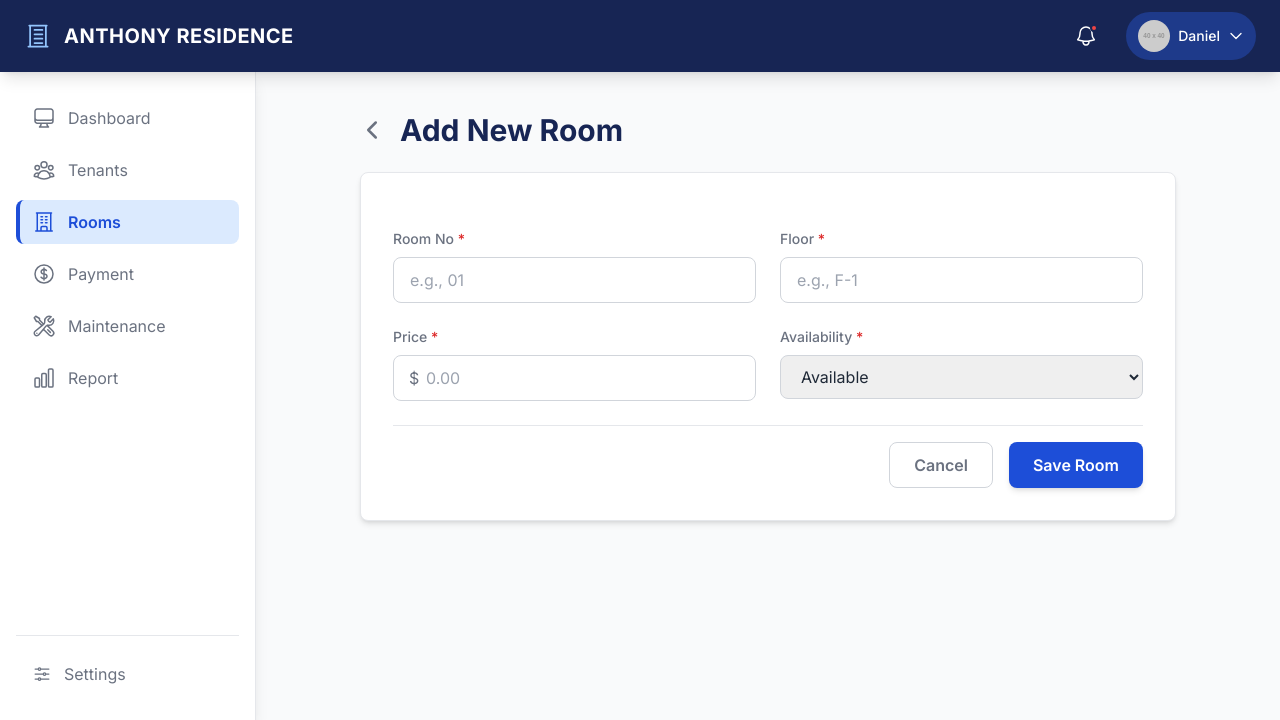
Repository: phyronsoftware-project/Room_Rental_Management_System
Page: http://localhost/rooms/create
The author's editor kept a copy of each file at every save. The page is drawn from the files as they stood at one save, then again after a run of saves.
The browser window is 1280 px wide. The pictures show the whole page.
Some web libraries are served in a nearby version. The page is served by the project's Laravel application, run on PHP 8.4 with Laravel 12. Other server files are loaded and not shown.

Above is the page before, as saved 2026-01-16 21:48:06.

### routes/web.php
<?php

use App\Http\Controllers\admin\Dashboard;
use App\Http\Controllers\admin\Maintenance;
use App\Http\Controllers\admin\Payments;
use App\Http\Controllers\admin\Report;
use App\Http\Controllers\admin\Rooms;
use App\Http\Controllers\admin\Settings;
use App\Http\Controllers\admin\Tanants;
use Illuminate\Support\Facades\Route;

Route::get('/', [Dashboard::class, 'index'])->name('dashboard.index');
Route::get('/tanants', [Tanants::class, 'index'])->name('tanants.index');



Route::get('/rooms', [Rooms::class, 'index'])->name('rooms.index');
Route::get('/rooms/create', [Rooms::class, 'createblade'])->name('rooms.createblade');



Route::get('/payments', [Payments::class, 'index'])->name('payments.index');


Route::get('/maintenance', [Maintenance::class, 'index'])->name('maintenance.index');
Route::get('/maintenance/create', [Maintenance::class, 'createblade'])->name('maintenance.createblade');




Route::get('/reports', [Report::class, 'index'])->name('reports.index');

Route::get('/settings', [Settings::class, 'index'])->name('settings.index');

### app/Http/Controllers/admin/Rooms.php
<?php

namespace App\Http\Controllers\admin;

use App\Http\Controllers\Controller;
use Illuminate\Http\Request;

class Rooms extends Controller
{
    public function index()
    {
        return view('rooms.all_rooms');
    }
    public function createblade()
    {
        return view('rooms.rooms_create');
    }
}

### resources/views/rooms/rooms_create.blade.php
{{-- resources/views/dashboard.blade.php --}}
@extends('layouts.app')

@section('title', 'Rooms Create')

@php
    // ✅ set active page for sidebar highlight
    $active_page = 'dashboard';
    $admin_name = $admin_name ?? 'Daniel';
@endphp

@section('content')
    <main class="flex-1 overflow-y-auto bg-base">
        <div class="p-10 max-w-4xl mx-auto">
            <div class="flex items-center gap-4 mb-6">
                <a href="rooms.php" class="text-text-mid hover:text-primary transition-colors">
                    <svg xmlns="http://www.w3.org/2000/svg" fill="none" viewBox="0 0 24 24" stroke-width="2.5"
                        stroke="currentColor" class="size-6">
                        <path stroke-linecap="round" stroke-linejoin="round" d="M15.75 19.5 8.25 12l7.5-7.5" />
                    </svg>
                </a>
                <h1 class="text-3xl font-bold text-primary-dark">Add New Room</h1>
            </div>

            <?php if (!empty($form_msg)): ?>
            <div class="mb-6 px-4 py-3 rounded-lg text-sm <?php echo $form_msg_type == 'success' ? 'bg-success-light border border-success-dark text-emerald-700' : 'bg-danger-light border border-danger-dark text-danger-dark'; ?>">
                <?php echo htmlspecialchars($form_msg); ?>
            </div>
            <?php endif; ?>

            <div class="bg-light rounded-lg shadow-md border border-gray-200 p-8">
                <form action="room-add.php" method="POST" class="space-y-6">
                    <input type="hidden" name="action" value="add_room">

                    <div class="grid grid-cols-1 md:grid-cols-2 gap-6">
                        <!-- Room Number -->
                        <div>
                            <label for="room_number" class="block text-sm font-medium text-text-mid mb-2">Room No <span
                                    class="text-danger-dark">*</span></label>
                            <input type="text" id="room_number" name="room_number"
                                class="w-full border border-gray-300 rounded-lg px-4 py-2.5 focus:outline-none focus:ring-2 focus:ring-primary/50"
                                placeholder="e.g., 01" required />
                        </div>

                        <!-- Floor -->
                        <div>
                            <label for="floor" class="block text-sm font-medium text-text-mid mb-2">Floor <span
                                    class="text-danger-dark">*</span></label>
                            <input type="text" id="floor" name="floor"
                                class="w-full border border-gray-300 rounded-lg px-4 py-2.5 focus:outline-none focus:ring-2 focus:ring-primary/50"
                                placeholder="e.g., F-1" required />
                        </div>

                        <!-- Price -->
                        <div>
                            <label for="price" class="block text-sm font-medium text-text-mid mb-2">Price <span
                                    class="text-danger-dark">*</span></label>
                            <div class="relative">
                                <span class="absolute inset-y-0 left-0 pl-4 flex items-center text-gray-500">$</span>
                                <input type="number" id="price" name="price" step="0.01"
                                    class="w-full border border-gray-300 rounded-lg pl-8 pr-4 py-2.5 focus:outline-none focus:ring-2 focus:ring-primary/50"
                                    placeholder="0.00" required />
                            </div>
                        </div>

                        <!-- Status -->
                        <div>
                            <label for="status" class="block text-sm font-medium text-text-mid mb-2">Availability <span
                                    class="text-danger-dark">*</span></label>
                            <select id="status" name="status"
                                class="w-full border border-gray-300 rounded-lg px-4 py-2.5 focus:outline-none focus:ring-2 focus:ring-primary/50">
                                <option value="Available">Available</option>
                                <option value="Occupied">Occupied</option>
                                <option value="Maintenance">Under Maintenance</option>
                            </select>
                        </div>
                    </div>

                    <div class="flex justify-end gap-4 pt-4 border-t border-gray-200">
                        <a href="rooms.php"
                            class="px-6 py-2.5 border border-gray-300 text-text-mid font-semibold rounded-lg hover:bg-gray-50 transition-colors">Cancel</a>
                        <button type="submit"
                            class="px-6 py-2.5 bg-primary text-white font-semibold rounded-lg shadow-md hover:bg-primary-dark transition-colors">Save
                            Room</button>
                    </div>
                </form>
            </div>
        </div>
    </main>
@endsection

### resources/views/layouts/app.blade.php
{{-- resources/views/layouts/app.blade.php --}}
<!DOCTYPE html>
<html lang="en">

<head>
    <meta charset="UTF-8" />
    <meta name="viewport" content="width=device-width, initial-scale=1.0" />
    <title>@yield('title', 'Dashboard')</title>

    {{-- Tailwind CDN --}}
    <script src="https://cdn.tailwindcss.com"></script>

    {{-- <link rel="stylesheet" href="{{ asset('admin.css') }}"> --}}
    {{-- Google Fonts --}}
    <link rel="preconnect" href="https://fonts.googleapis.com">
    <link rel="preconnect" href="https://fonts.gstatic.com" crossorigin>
    <link href="https://fonts.googleapis.com/css2?family=Inter:wght@400;500;600;700&display=swap" rel="stylesheet">

    <link href="https://fonts.googleapis.com/css2?family=Bebas+Neue&display=swap" rel="stylesheet" />

    {{-- Tailwind Config --}}
    <script>
        tailwind.config = {
            theme: {
                extend: {

                    fontFamily: {
                        sans: ["Inter", "sans-serif"],
                        bebas: ["Bebas Neue", "cursive"],
                    },
                    colors: {
                        "primary-dark": "#172554",
                        primary: "#1d4ed8",
                        "primary-light": "#dbeafe",
                        light: "#ffffff",
                        base: "#f9fafb",
                        "text-dark": "#1f2937",
                        "text-mid": "#6b7280",
                        "warning-dark": "#f59e0b",
                        "warning-light": "#fef3c7",
                        "success-dark": "#10b981",
                        "success-light": "#ecfdf5",
                        "danger-dark": "#dc2626",
                        "danger-light": "#fee2e2",
                        accent: "#a16207",
                        facebook: "#1877F2",
                        linkedin: "#0A66C2",
                        telegram: "#24A1DE",
                        gmail: "#EA4335",
                        youtube: "#FF0000",
                    },
                    textShadow: {
                        custom: "1px 1px 3px rgba(0, 0, 0, 0.1)"
                    },
                },
            },
            plugins: [
                function({
                    addUtilities,
                    theme,
                    e
                }) {
                    const newUtilities = {};
                    Object.entries(theme("textShadow")).forEach(([key, value]) => {
                        newUtilities[`.${e(`text-shadow-${key}`)}`] = {
                            textShadow: value
                        };
                    });
                    addUtilities(newUtilities);
                },
            ],
        };
    </script>

    <style>
        body {
            font-family: "Inter", sans-serif;
        }

        ::-webkit-scrollbar {
            width: 6px;
        }

        ::-webkit-scrollbar-track {
            background: #f1f1f1;
        }

        ::-webkit-scrollbar-thumb {
            background: #cbd5e1;
            border-radius: 6px;
        }

        ::-webkit-scrollbar-thumb:hover {
            background: #a0aec0;
        }

        .nav-link.active {
            background-color: #dbeafe;
            color: #1d4ed8;
            font-weight: 600;
            border-left: 4px solid #1d4ed8;
            padding-left: calc(1rem - 4px);
        }
    </style>

    @stack('head')
</head>

<body class="bg-base text-text-dark">
    <div class="flex flex-col h-screen">

        {{-- ✅ Header --}}
        @include('partials.header', [
            'admin_name' => $admin_name ?? 'Daniel',
        ])

        <div class="flex flex-1 overflow-hidden">

            {{-- ✅ Sidebar --}}
            @include('partials.sidebar', [
                'active_page' => $active_page ?? '',
            ])

            {{-- ✅ Main Content --}}
            <main class="flex-1 overflow-y-auto bg-base">
                @yield('content')
            </main>

        </div>
    </div>

    {{-- Dropdown Script --}}
    <script>
        document.addEventListener("DOMContentLoaded", function() {
            const userMenuButton = document.getElementById("user-menu-button");
            const userMenu = document.getElementById("user-menu");

            if (userMenuButton && userMenu) {
                userMenuButton.addEventListener("click", function(event) {
                    event.stopPropagation();
                    userMenu.classList.toggle("hidden");
                });

                window.addEventListener("click", function(event) {
                    if (!userMenu.classList.contains("hidden") &&
                        !userMenu.contains(event.target) &&
                        !userMenuButton.contains(event.target)
                    ) {
                        userMenu.classList.add("hidden");
                    }
                });
            }
        });
    </script>

    @stack('scripts')
</body>

</html>

### resources/views/partials/header.blade.php
{{-- resources/views/partials/header.blade.php --}}
<nav class="bg-primary-dark text-white flex justify-between items-center px-6 py-3 shadow-lg z-20">
    <div class="flex items-center gap-3">
        <svg class="w-7 h-7 text-blue-300" xmlns="http://www.w3.org/2000/svg" fill="none" viewBox="0 0 24 24" stroke-width="1.5" stroke="currentColor">
            <path stroke-linecap="round" stroke-linejoin="round" d="M3.75 21h16.5M4.5 3h15M5.25 3v18m13.5-18v18M9 6.75h6.75M9 10.5h6.75M9 14.25h6.75M9 18h6.75" />
        </svg>
        <span class="text-xl font-bold tracking-wide">ANTHONY RESIDENCE</span>
    </div>

    <div class="flex items-center gap-5">
        <button class="relative p-2 rounded-full hover:bg-blue-900 focus:outline-none focus:ring-2 focus:ring-offset-2 focus:ring-offset-primary-dark focus:ring-white">
            <span class="sr-only">View notifications</span>
            <svg class="w-6 h-6" xmlns="http://www.w3.org/2000/svg" fill="none" viewBox="0 0 24 24" stroke-width="1.5" stroke="currentColor">
                <path stroke-linecap="round" stroke-linejoin="round" d="M14.857 17.082a23.848 23.848 0 005.454-1.31A8.967 8.967 0 0118 9.75v-.7V9A6 6 0 006 9v.75a8.967 8.967 0 01-2.312 6.022c1.733.64 3.56 1.085 5.455 1.31m5.714 0a24.255 24.255 0 01-5.714 0m5.714 0a3 3 0 11-5.714 0" />
            </svg>
            <span class="absolute top-2 right-2 w-2 h-2 bg-red-500 rounded-full border-2 border-primary-dark"></span>
        </button>

        <div class="relative">
            <button id="user-menu-button" class="flex items-center gap-2 bg-blue-900 px-3 py-2 rounded-full text-sm font-medium hover:bg-blue-800 focus:outline-none focus:ring-2 focus:ring-offset-2 focus:ring-offset-primary-dark focus:ring-white">
                <img class="w-8 h-8 rounded-full" src="https://placehold.co/40x40/60A5FA/FFF?text=D" alt="User avatar" />
                <span>{{ $admin_name ?? 'Daniel' }}</span>
                <svg class="w-4 h-4" xmlns="http://www.w3.org/2000/svg" fill="none" viewBox="0 0 24 24" stroke-width="2" stroke="currentColor">
                    <path stroke-linecap="round" stroke-linejoin="round" d="M19.5 8.25l-7.5 7.5-7.5-7.5" />
                </svg>
            </button>

            <div id="user-menu" class="absolute right-0 mt-2 w-48 bg-light rounded-md shadow-lg py-1 border border-gray-200 z-30 hidden transition-all duration-300 ease-in-out" role="menu" aria-orientation="vertical" aria-labelledby="user-menu-button">
                <a href="{{ url('/profile') }}" class="block px-4 py-2 text-sm text-text-dark hover:bg-base" role="menuitem">Your Profile</a>
                <a href="{{ url('/settings') }}" class="block px-4 py-2 text-sm text-text-dark hover:bg-base" role="menuitem">Settings</a>
                <hr class="border-gray-200 my-1" />
                <a href="{{ url('/logout') }}" class="block px-4 py-2 text-sm text-danger-dark hover:bg-danger-light" role="menuitem">Sign out</a>
            </div>
        </div>
    </div>
</nav>

### resources/views/partials/sidebar.blade.php
{{-- resources/views/partials/sidebar.blade.php --}}
<aside class="w-64 bg-light shadow-lg border-r border-gray-200 flex flex-col z-10 overflow-y-auto">
    <nav class="mt-6 px-4 flex-1">
        <ul class="space-y-2">
            <li>
                <a href="{{ route('dashboard.index') }}"
                    class="nav-link {{ request()->routeIs('dashboard.*') ? 'active' : '' }} flex items-center gap-3 px-4 py-2.5 rounded-lg text-text-mid hover:bg-primary-light hover:text-primary transition-all">
                    <svg xmlns="http://www.w3.org/2000/svg" fill="none" viewBox="0 0 24 24" stroke-width="1.5"
                        stroke="currentColor" class="size-6">
                        <path stroke-linecap="round" stroke-linejoin="round"
                            d="M9 17.25v1.007a3 3 0 0 1-.879 2.122L7.5 21h9l-.621-.621A3 3 0 0 1 15 18.257V17.25m6-12V15a2.25 2.25 0 0 1-2.25 2.25H5.25A2.25 2.25 0 0 1 3 15V5.25m18 0A2.25 2.25 0 0 0 18.75 3H5.25A2.25 2.25 0 0 0 3 5.25m18 0V12a2.25 2.25 0 0 1-2.25 2.25H5.25A2.25 2.25 0 0 1 3 12V5.25" />
                    </svg>
                    <span>Dashboard</span>
                </a>
            </li>

            <li>
                <a href="{{ route('tanants.index') }}"
                    class="nav-link {{ request()->routeIs('tanants.*') ? 'active' : '' }} flex items-center gap-3 px-4 py-2.5 rounded-lg text-text-mid hover:bg-primary-light hover:text-primary transition-all">
                    <svg xmlns="http://www.w3.org/2000/svg" fill="none" viewBox="0 0 24 24" stroke-width="1.5"
                        stroke="currentColor" class="size-6">
                        <path stroke-linecap="round" stroke-linejoin="round"
                            d="M18 18.72a9.094 9.094 0 0 0 3.741-.479 3 3 0 0 0-4.682-2.72m.94 3.198.001.031c0 .225-.012.447-.037.666A11.944 11.944 0 0 1 12 21c-2.17 0-4.207-.576-5.963-1.584A6.062 6.062 0 0 1 6 18.719m12 0a5.971 5.971 0 0 0-.941-3.197m0 0A5.995 5.995 0 0 0 12 12.75a5.995 5.995 0 0 0-5.058 2.772m0 0a3 3 0 0 0-4.681 2.72 8.986 8.986 0 0 0 3.74.477m.94-3.197a5.971 5.971 0 0 0-.94 3.197M15 6.75a3 3 0 1 1-6 0 3 3 0 0 1 6 0Zm6 3a2.25 2.25 0 1 1-4.5 0 2.25 2.25 0 0 1 4.5 0Zm-13.5 0a2.25 2.25 0 1 1-4.5 0 2.25 2.25 0 0 1 4.5 0Z" />
                    </svg>
                    <span>Tenants</span>
                </a>
            </li>

            <li>
                <a href="{{ route('rooms.index') }}"
                    class="nav-link {{ request()->routeIs('rooms.*') ? 'active' : '' }} flex items-center gap-3 px-4 py-2.5 rounded-lg text-text-mid hover:bg-primary-light hover:text-primary transition-all">
                    <svg xmlns="http://www.w3.org/2000/svg" fill="none" viewBox="0 0 24 24" stroke-width="1.5"
                        stroke="currentColor" class="size-6">
                        <path stroke-linecap="round" stroke-linejoin="round"
                            d="M3.75 21h16.5M4.5 3h15M5.25 3v18m13.5-18v18M9 6.75h1.5m-1.5 3h1.5m-1.5 3h1.5m3-6H15m-1.5 3H15m-1.5 3H15M9 21v-3.375c0-.621.504-1.125 1.125-1.125h3.75c.621 0 1.125.504 1.125 1.125V21" />
                    </svg>
                    <span>Rooms</span>
                </a>
            </li>

            <li>
                <a href="{{ route('payments.index') }}"
                    class="nav-link {{ request()->routeIs('payments.*') ? 'active' : '' }} flex items-center gap-3 px-4 py-2.5 rounded-lg text-text-mid hover:bg-primary-light hover:text-primary transition-all">
                    <svg xmlns="http://www.w3.org/2000/svg" fill="none" viewBox="0 0 24 24" stroke-width="1.5"
                        stroke="currentColor" class="size-6">
                        <path stroke-linecap="round" stroke-linejoin="round"
                            d="M12 6v12m-3-2.818.879.659c1.171.879 3.07.879 4.242 0 1.172-.879 1.172-2.303 0-3.182C13.536 12.219 12.768 12 12 12c-.725 0-1.45-.22-2.003-.659-1.106-.879-1.106-2.303 0-3.182s2.9-.879 4.006 0l.415.33M21 12a9 9 0 1 1-18 0 9 9 0 0 1 18 0Z" />
                    </svg>
                    <span>Payment</span>
                </a>
            </li>

            <li>
                <a href="{{ route('maintenance.index') }}"
                    class="nav-link {{ request()->routeIs('maintenance.*') ? 'active' : '' }} flex items-center gap-3 px-4 py-2.5 rounded-lg text-text-mid hover:bg-primary-light hover:text-primary transition-all">
                    <svg xmlns="http://www.w3.org/2000/svg" fill="none" viewBox="0 0 24 24" stroke-width="1.5"
                        stroke="currentColor" class="size-6">
                        <path stroke-linecap="round" stroke-linejoin="round"
                            d="M11.42 15.17 17.25 21A2.652 2.652 0 0 0 21 17.25l-5.877-5.877M11.42 15.17l2.496-3.03c.317-.384.74-.626 1.208-.766M11.42 15.17l-4.655 5.653a2.548 2.548 0 1 1-3.586-3.586l6.837-5.63m5.108-.233c.55-.164 1.163-.188 1.743-.14a4.5 4.5 0 0 0 4.486-6.336l-3.276 3.277a3.004 3.004 0 0 1-2.25-2.25l3.276-3.276a4.5 4.5 0 0 0-6.336 4.486c.091 1.076-.071 2.264-.904 2.95l-.102.085m-1.745 1.437L5.909 7.5H4.5L2.25 3.75l1.5-1.5L7.5 4.5v1.409l4.26 4.26m-1.745 1.437 1.745-1.437m6.615 8.206L15.75 15.75M4.867 19.125h.008v.008h-.008v-.008Z" />
                    </svg>
                    <span>Maintenance</span>
                </a>
            </li>

            <li>
                <a href="{{ route('reports.index') }}"
                    class="nav-link {{ request()->routeIs('reports.*') ? 'active' : '' }} flex items-center gap-3 px-4 py-2.5 rounded-lg text-text-mid hover:bg-primary-light hover:text-primary transition-all">
                    <svg xmlns="http://www.w3.org/2000/svg" fill="none" viewBox="0 0 24 24" stroke-width="1.5"
                        stroke="currentColor" class="size-6">
                        <path stroke-linecap="round" stroke-linejoin="round"
                            d="M3 13.125C3 12.504 3.504 12 4.125 12h2.25c.621 0 1.125.504 1.125 1.125v6.75C7.5 20.496 6.996 21 6.375 21h-2.25A1.125 1.125 0 0 1 3 19.875v-6.75ZM9.75 8.625c0-.621.504-1.125 1.125-1.125h2.25c.621 0 1.125.504 1.125 1.125v11.25c0 .621-.504 1.125-1.125 1.125h-2.25a1.125 1.125 0 0 1-1.125-1.125V8.625ZM16.5 4.125c0-.621.504-1.125 1.125-1.125h2.25C20.496 3 21 3.504 21 4.125v15.75c0 .621-.504 1.125-1.125 1.125h-2.25a1.125 1.125 0 0 1-1.125-1.125V4.125Z" />
                    </svg>
                    <span>Report</span>
                </a>
            </li>
        </ul>
    </nav>

    <div class="px-4 pb-6">
        <hr class="border-gray-200 mb-4" />
        <a href="{{ route('settings.index') }}"
            class="nav-link {{ request()->routeIs('settings.*') ? 'active' : '' }} flex items-center gap-3 px-4 py-2.5 rounded-lg text-text-mid hover:bg-primary-light hover:text-primary transition-all">
            <svg class="w-5 h-5" xmlns="http://www.w3.org/2000/svg" fill="none" viewBox="0 0 24 24"
                stroke-width="1.5" stroke="currentColor">
                <path stroke-linecap="round" stroke-linejoin="round"
                    d="M10.5 6h9.75M10.5 6a1.5 1.5 0 11-3 0m3 0a1.5 1.5 0 10-3 0M3.75 6H7.5m3 12h9.75m-9.75 0a1.5 1.5 0 01-3 0m3 0a1.5 1.5 0 00-3 0m-3.75 0H7.5m9-6h3.75m-3.75 0a1.5 1.5 0 01-3 0m3 0a1.5 1.5 0 00-3 0m-9.75 0h9.75" />
            </svg>
            <span>Settings</span>
        </a>
    </div>
</aside>

Loaded but not shown: app/Http/Controllers/Controller.php (common file)

After the next 2 saves:
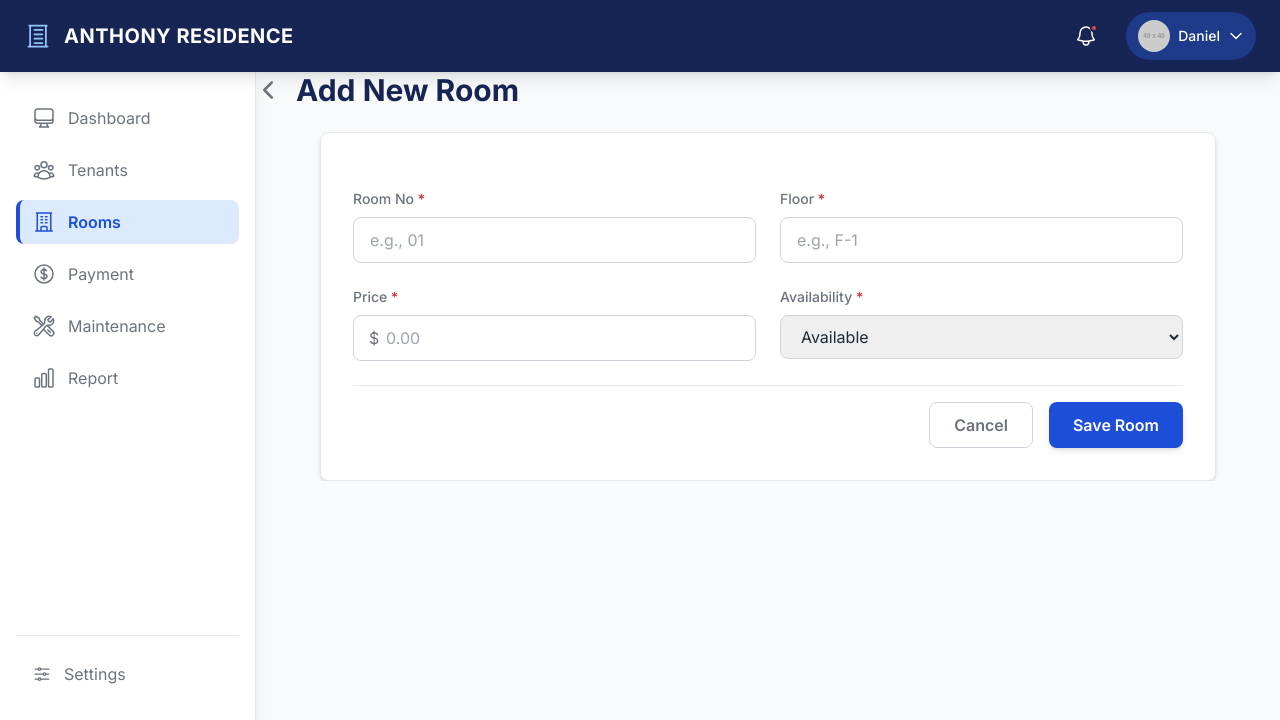
The 2 saves are shown as one change because they came seconds apart.
The last was saved 15 s later.
--- a/resources/views/rooms/rooms_create.blade.php
+++ b/resources/views/rooms/rooms_create.blade.php
@@ -11,16 +11,16 @@
 
 @section('content')
     <main class="flex-1 overflow-y-auto bg-base">
-        <div class="p-10 max-w-4xl mx-auto">
-            <div class="flex items-center gap-4 mb-6">
-                <a href="rooms.php" class="text-text-mid hover:text-primary transition-colors">
-                    <svg xmlns="http://www.w3.org/2000/svg" fill="none" viewBox="0 0 24 24" stroke-width="2.5"
-                        stroke="currentColor" class="size-6">
-                        <path stroke-linecap="round" stroke-linejoin="round" d="M15.75 19.5 8.25 12l7.5-7.5" />
-                    </svg>
-                </a>
-                <h1 class="text-3xl font-bold text-primary-dark">Add New Room</h1>
-            </div>
+        <div class="flex items-center gap-4 mb-6">
+            <a href="rooms.php" class="text-text-mid hover:text-primary transition-colors">
+                <svg xmlns="http://www.w3.org/2000/svg" fill="none" viewBox="0 0 24 24" stroke-width="2.5"
+                    stroke="currentColor" class="size-6">
+                    <path stroke-linecap="round" stroke-linejoin="round" d="M15.75 19.5 8.25 12l7.5-7.5" />
+                </svg>
+            </a>
+            <h1 class="text-3xl font-bold text-primary-dark">Add New Room</h1>
+        </div>
+        <div class=" max-w-4xl mx-auto">
 
             <?php if (!empty($form_msg)): ?>
             <div class="mb-6 px-4 py-3 rounded-lg text-sm <?php echo $form_msg_type == 'success' ? 'bg-success-light border border-success-dark text-emerald-700' : 'bg-danger-light border border-danger-dark text-danger-dark'; ?>">
